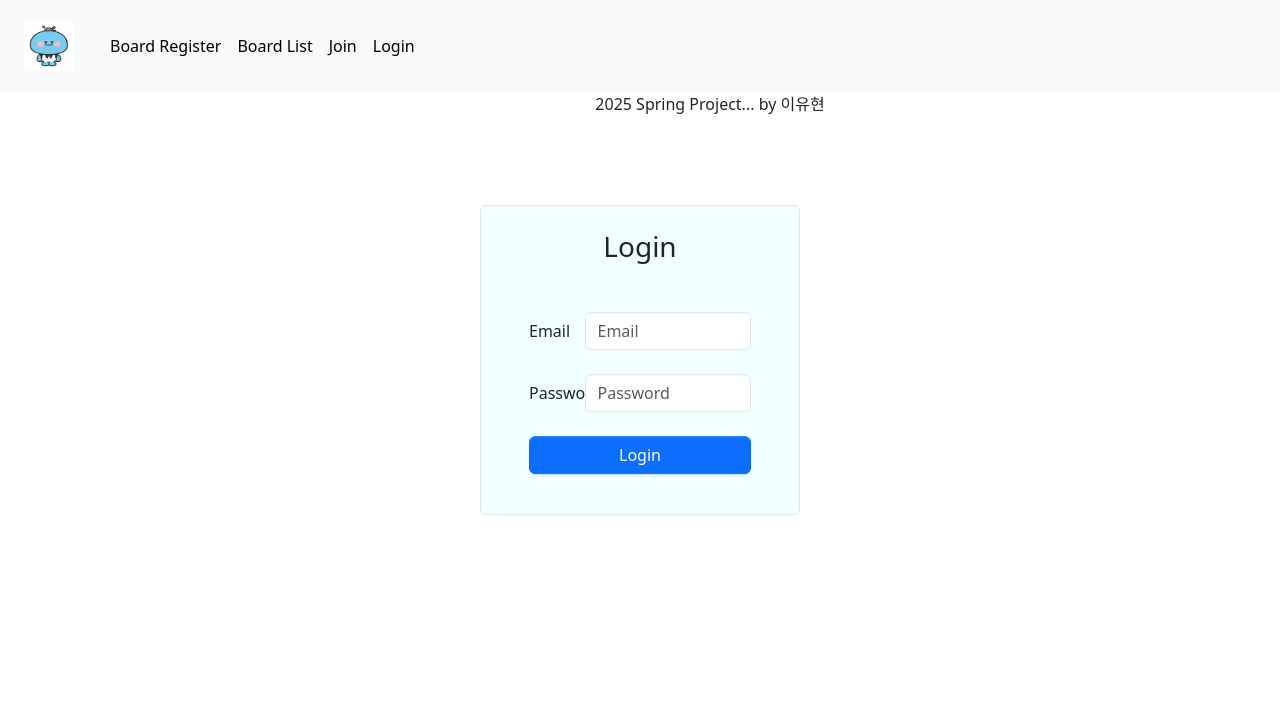
Repository: LeeYouHyeon/6.Spring
Page: http://localhost/spring_project/WEB-INF/views/user/login.jsp
These files come from the project's save history. The page is drawn as it stood at one moment and after the next save; the edit follows.
The browser window is 1280 px wide. The pictures show the whole page.
The page is served by Tomcat 9. Nobody is signed in. The template is opened directly, without the code that normally fills it, so the values that code supplies are empty.

Above is the page before, as saved 2025-06-10 05:27:37.

After the next save:
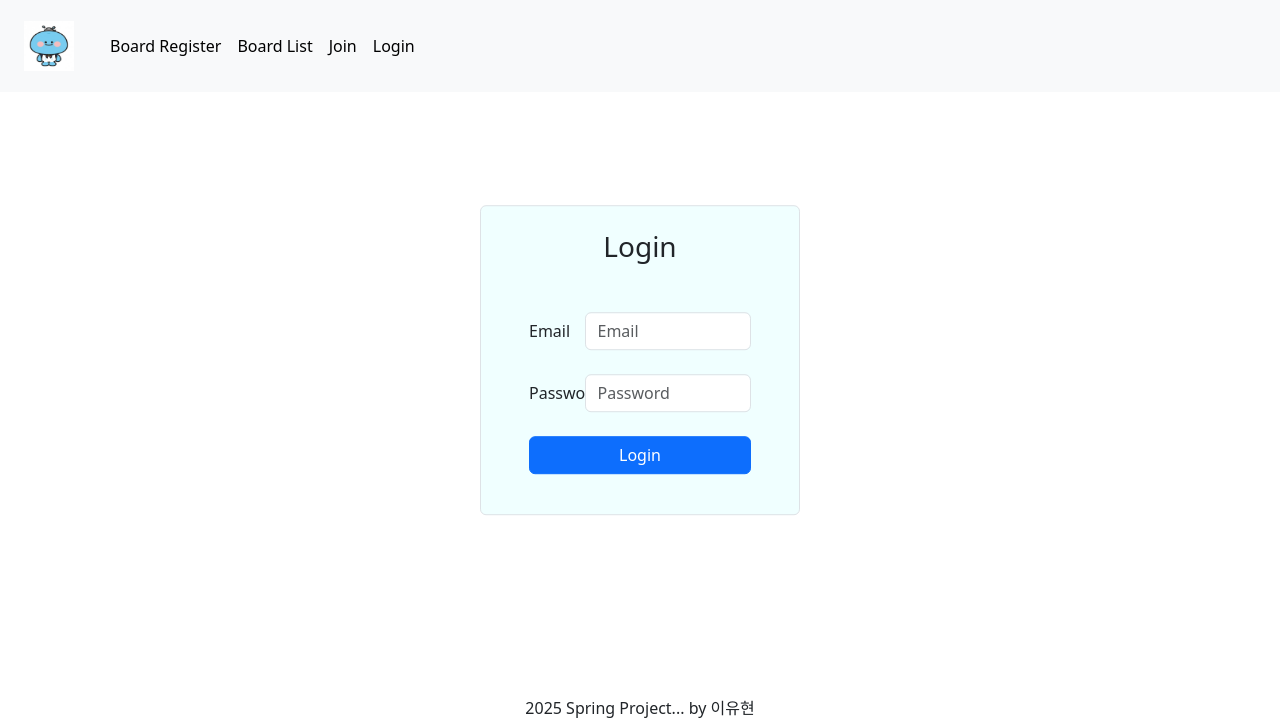
Saved 11 min 44 s later.
--- a/spring_project/src/main/webapp/WEB-INF/views/layout/footer.jsp
+++ b/spring_project/src/main/webapp/WEB-INF/views/layout/footer.jsp
@@ -1,6 +1,7 @@
 <%@ page language="java" contentType="text/html; charset=UTF-8"
 	pageEncoding="UTF-8"%>
 
-<div class="container-md d-flex justify-content-center float-end">2025 Spring Project... by 이유현</div>
+<div class="position-absolute start-50 top-100"
+	style="transform: translate(-50%, -100%);">2025 Spring Project... by 이유현</div>
 </body>
 </html>
